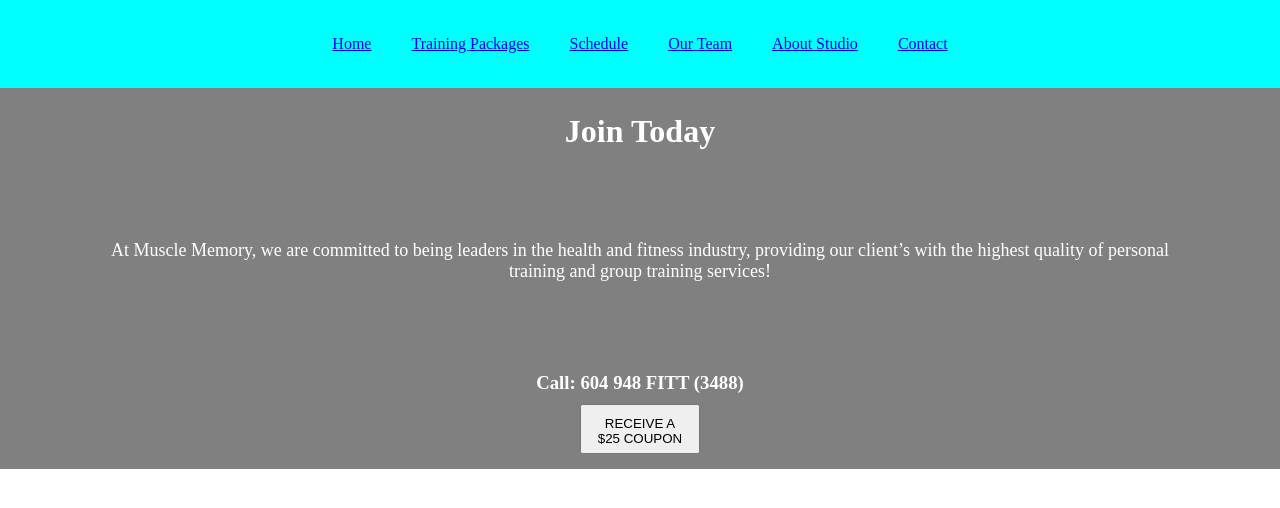
Repository: MujtabaHabib/muscle-memory-website
Page: index.html
An editor plug-in stored every save of this project. The page is shown before and after a run of saves, followed by the edit.
The browser window is 1280 px wide. The pictures show the whole page.

Above is the page before, as saved 2026-01-27 02:24:16.

### index.html
<!DOCTYPE html>
<html lang="en">

<head>
    <meta charset="UTF-8">
    <meta name="viewport" content="width=device-width, initial-scale=1.0">
    <title>Muscle Memory</title>
    <link rel="stylesheet" href="style.css">
</head>

<body>
    <div class="container">
        <nav class="nav">
            <ul class="list">
                <li><a href="#">Home</a></li>
                <li><a href="#">Training Packages</a></li>
                <li><a href="#">Schedule</a></li>
                <li><a href="#">Our Team</a></li>
                <li><a href="#">About Studio</a></li>
                <li><a href="#">Contact</a></li>
            </ul>
        </nav>
        <div class="details">
            <h1>Join Today</h1>
            <p>At Muscle Memory, we are committed to being leaders in the health and fitness industry,
                providing our client’s with the highest quality of personal training and group training
                services!</p>

            <h3>Call: 604 948 FITT (3488)</h3>
            <button>RECEIVE A $25 COUPON</button>
        </div>
    </div>

</body>

</html>

### style.css
* {
    margin: 0;
    padding: 0;

}

/* .container{
    background-image: url(gym.jpg);
    background-repeat: no-repeat;
    background-size: cover;
    height: 100vh;
} */

.list {
    display: flex;
    color: white;
    padding: 15px;
    justify-content: center;
    align-items: center;
    background-color: cyan;
    margin: 0px;
}

.list li {
    padding: 20px;
    list-style-type: none;

}

/* .card{
    display: flex;
    width: fit-content;
    height: 400%;
    width: 100%;
} */

.details {
    text-align: center;
    background-color: gray;
    overflow: hidden;
    padding: 15px 15px 15px;
    color: white;


}

.details button {
    height: 50px;
    width: 120px;


}

.details h1 ,
.details h3,
.details p,
.details button {
    padding: 10px 15px 10px;
}
.details p{
    font-size: 18px;
    padding: 80px;
}

After the next 4 saves:
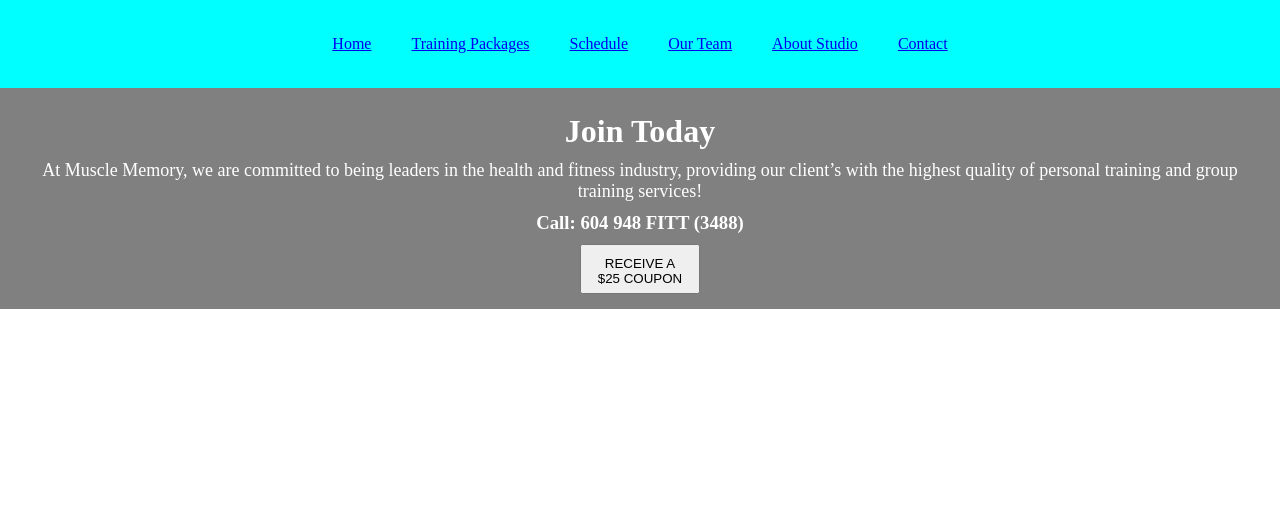
The 4 saves are shown as one change because they came seconds apart.
The last was saved 15 s later.
--- a/style.css
+++ b/style.css
@@ -59,5 +59,5 @@
 }
 .details p{
     font-size: 18px;
-    padding: 80px;
+    padding: 0px;
 }
